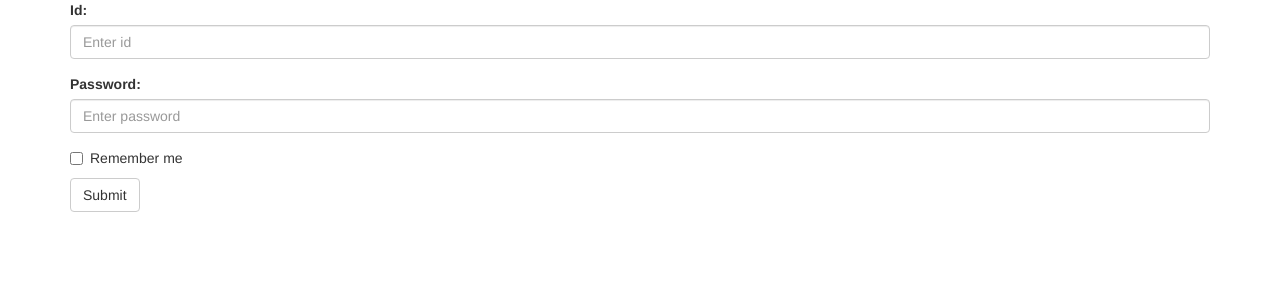
Repository: priyankateli27/priyanka
Page: SirAssignment/src/main/webapp/info.html
These files come from the project's save history. The page is drawn as it stood at one moment and after the next save; the edit follows.
The browser window is 1280 px wide. The pictures show the whole page.

Above is the page before, as saved 2016-07-15 10:24:22.

### SirAssignment/src/main/webapp/info.html
<!DOCTYPE html>
<html lang="en">
<head>
  <title>Student Record</title>
  <meta charset="utf-8">
  <meta name="viewport" content="width=device-width, initial-scale=1">
  <link rel="stylesheet" href="http://maxcdn.bootstrapcdn.com/bootstrap/3.3.6/css/bootstrap.min.css">
  <script src="https://ajax.googleapis.com/ajax/libs/jquery/1.12.4/jquery.min.js"></script>
  <script src="http://maxcdn.bootstrapcdn.com/bootstrap/3.3.6/js/bootstrap.min.js"></script>
</head>
<body>

<div class="container">
  <form role="form">
    <div class="form-group">
      <label for="email">Id:</label>
      <input type="id" class="form-control" id="id" placeholder="Enter id">
    </div>
    <div class="form-group">
      <label for="pwd">Password:</label>
      <input type="password" class="form-control" id="pwd" placeholder="Enter password">
    </div>
    <div class="checkbox">
      <label><input type="checkbox"> Remember me</label>
    </div>
    <button type="submit" class="btn btn-default">Submit</button>
  </form>
</div>

</body>
</html>

After the next save:
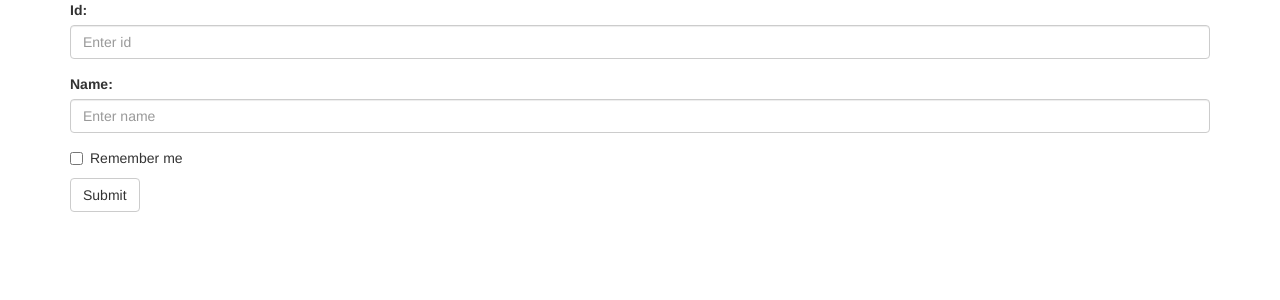
Saved 59 s later.
--- a/SirAssignment/src/main/webapp/info.html
+++ b/SirAssignment/src/main/webapp/info.html
@@ -17,8 +17,8 @@
       <input type="id" class="form-control" id="id" placeholder="Enter id">
     </div>
     <div class="form-group">
-      <label for="pwd">Password:</label>
-      <input type="password" class="form-control" id="pwd" placeholder="Enter password">
+      <label for="pwd">Name:</label>
+      <input type="name" class="form-control" id="name" placeholder="Enter name">
     </div>
     <div class="checkbox">
       <label><input type="checkbox"> Remember me</label>
